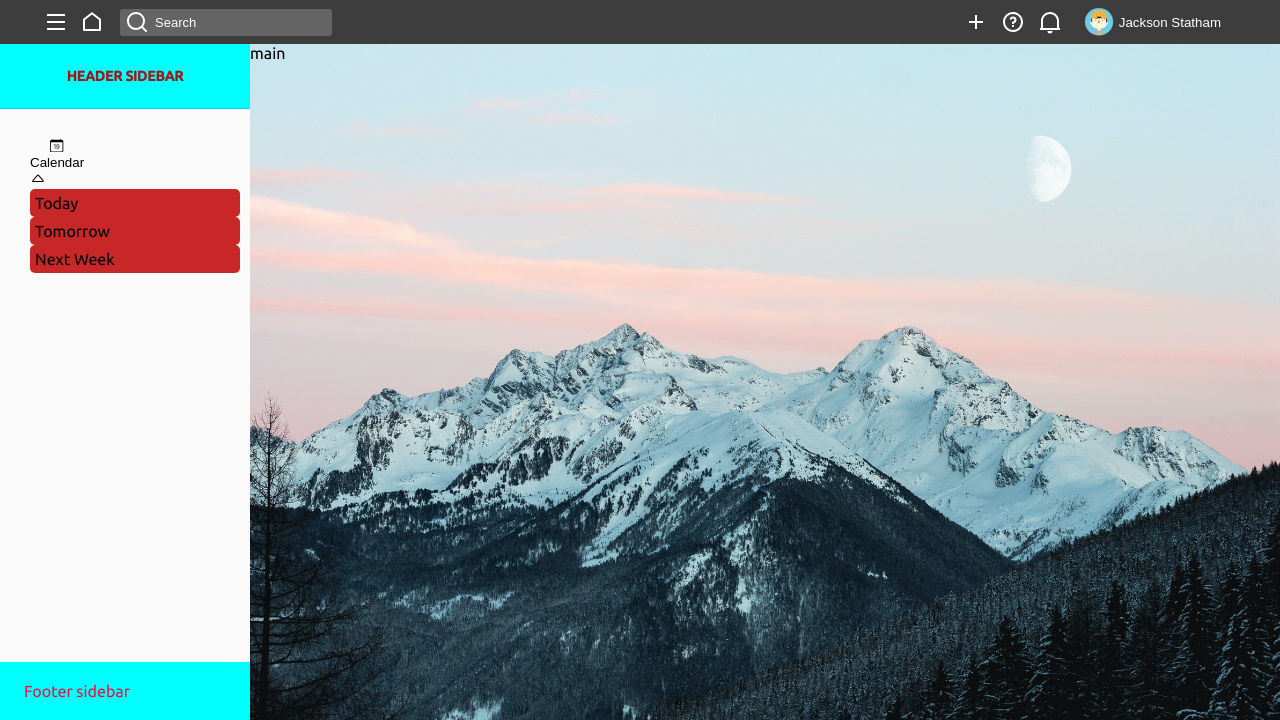
Repository: huuthe1999/to-do-list
Page: /
These files come from the project's save history. The page is drawn as it stood at one moment and after the next save; the edit follows.
The browser window is 1280 px wide. The pictures show the whole page.
The project was rebuilt for these pictures with package versions that can differ from the ones it lists, and the page was loaded fresh each time. Also part of the build but not shown: src/components/form/addForm/addForm.scss, src/components/form/addForm/AddForm.js, src/components/modal/modal.scss, src/components/modal/Modal.js.

Above is the page before, as saved 2022-02-17 14:00:18.

After the next save:
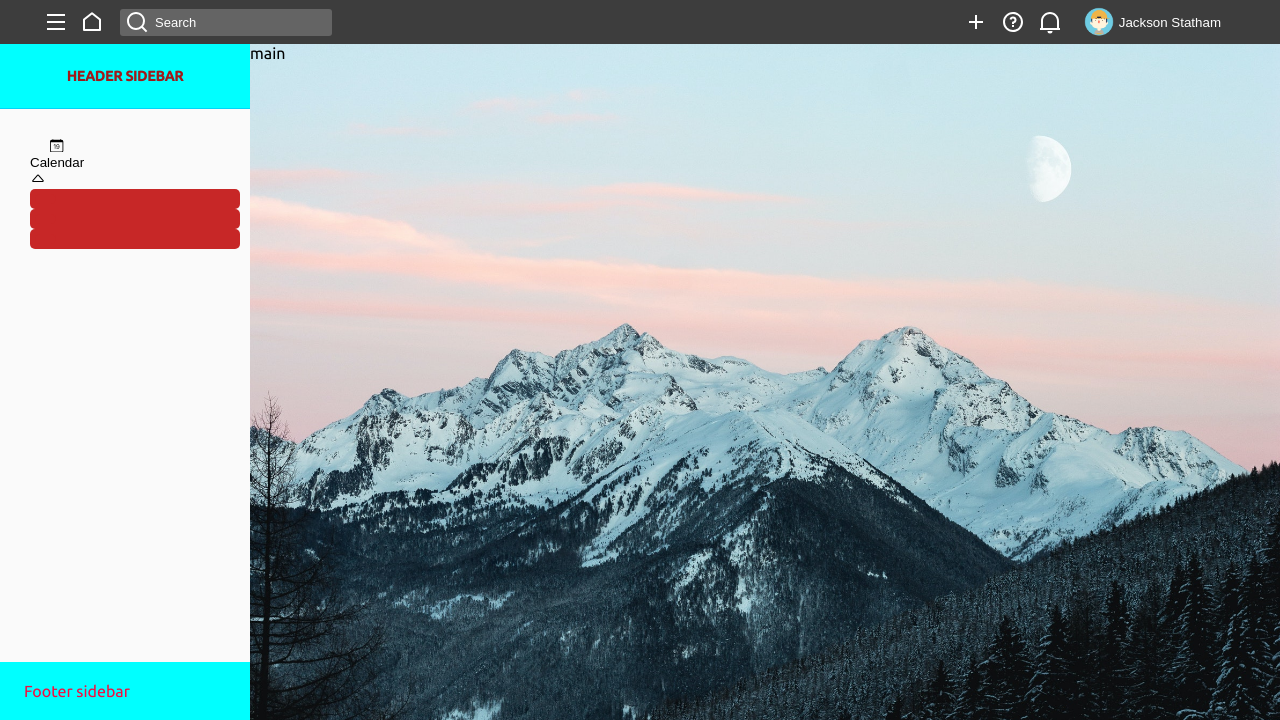
Saved 66 s later.
--- a/src/components/calendar/calendarItem/CalendarItem.js
+++ b/src/components/calendar/calendarItem/CalendarItem.js
@@ -1,7 +1,12 @@
 import './calendarItem.scss';
 
 const CalendarItem = ({ name }) => {
-	return <li className='calendar__content--item'>{name}</li>;
+	return (
+		<li className='calendar__content--item'>
+			<span className='calendar__content--item-icon'></span>
+			<span className='calendar__content--item'></span>
+		</li>
+	);
 };
 
 export default CalendarItem;
